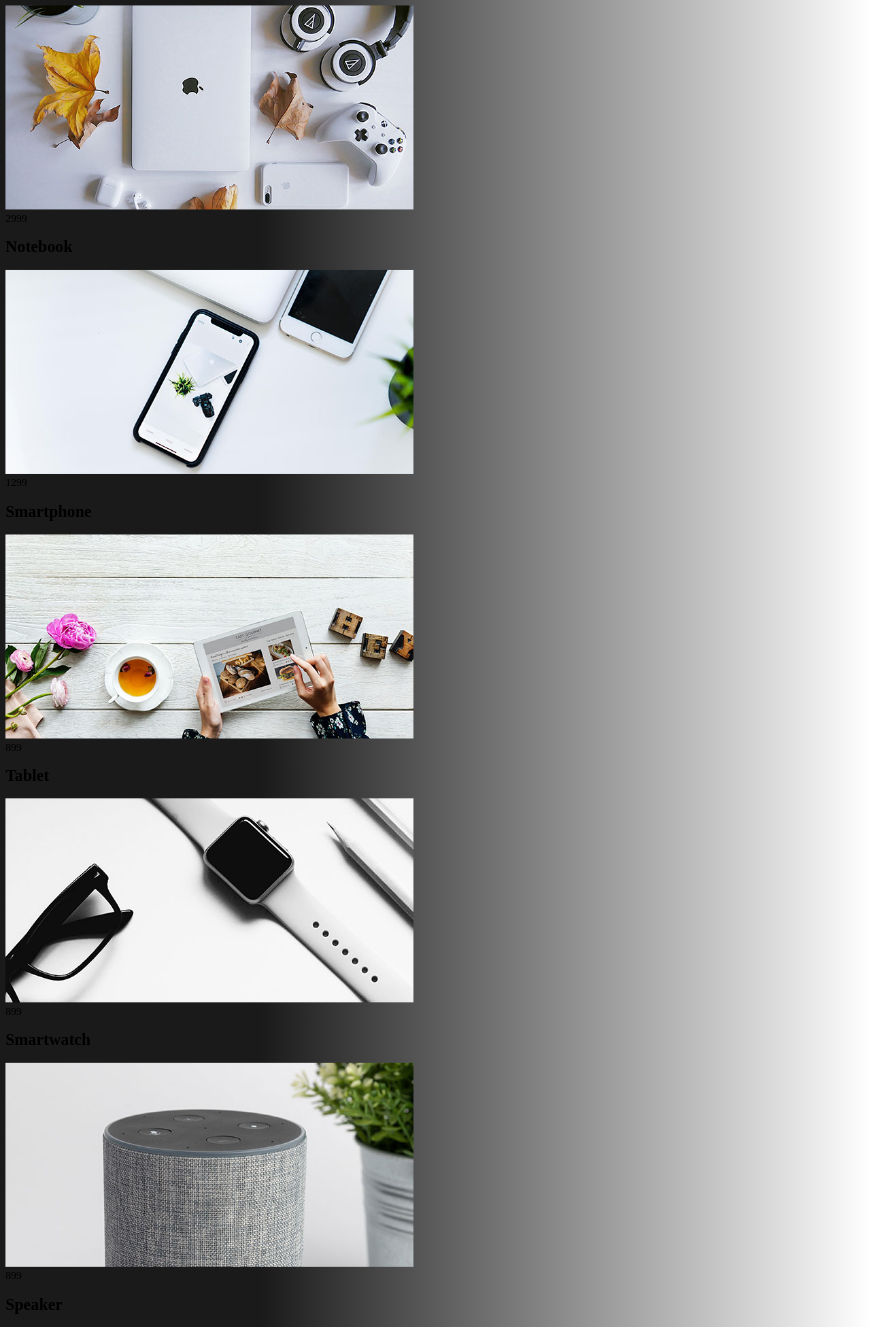
Repository: tomvieir/techno
Page: index.html
The author's editor kept a copy of each file at every save. The page is drawn from the files as they stood at one save, then again after the next save.
The browser window is 1280 px wide. The pictures show the whole page, at 68% of full size.

Above is the page before, as saved 2022-06-23 15:24:24.

### index.html
<!DOCTYPE html>
<html lang="en">
<head>
  <meta charset="UTF-8">
  <meta name="viewport" content="width=device-width, initial-scale=1.0">
  <meta http-equiv="X-UA-Compatible" content="ie=edge">
  <script src="./vue.min.js"></script>
  <link rel="stylesheet" href="./style.css">
  <title>Techno</title>
</head>
<body>
  <div id="app">

    <section class="produtos">
      <div class="produto" v-for="produto in produtos" :key="produto.id">
        <img :src="produto.img" :alt="produto.nome">
        <div>
          <span class="produto_preco">{{produto.preco}}</span>
          <h2>{{produto.nome}}</h2>

        </div>


      </div>

    </section>

  </div>

  <script src="./app.js"></script>
</body>
</html>

### style.css
body. h1, h2. ul. li {
    padding: 0px;
    margin: 0px;
}

ul {
    list-style: none;
}

* {
    box-sizing: border-box;
}

body {
    background: linear-gradient(to right, #1a1a1a 30%, #ffffff 100%);
}

### app.js
const vm = new Vue({
  el: "#app",
  data: {
    produtos: []
  },
  methods: {
    fetchProdutos() {
      fetch("./api/produtos.json")
        .then(r => r.json())
        .then(r => {
          this.produtos = r;
        })


    }
  },
  created() {
    this.fetchProdutos();
  }
})

### api/produtos.json
[
  {
    "id": "notebook",
    "nome": "Notebook",
    "preco": 2999,
    "img": "./api/produtos/notebook/notebook.jpg"
  },
  {
    "id": "smartphone",
    "nome": "Smartphone",
    "preco": 1299,
    "img": "./api/produtos/smartphone/smartphone.jpg"
  },
  {
    "id": "tablet",
    "nome": "Tablet",
    "preco": 899,
    "img": "./api/produtos/tablet/tablet.jpg"
  },
  {
    "id": "smartwatch",
    "nome": "Smartwatch",
    "preco": 899,
    "img": "./api/produtos/smartwatch/smartwatch.jpg"
  },
  {
    "id": "speaker",
    "nome": "Speaker",
    "preco": 899,
    "img": "./api/produtos/speaker/speaker.jpg"
  }
]

Loaded but not shown: vue.min.js (library)

After the next save:
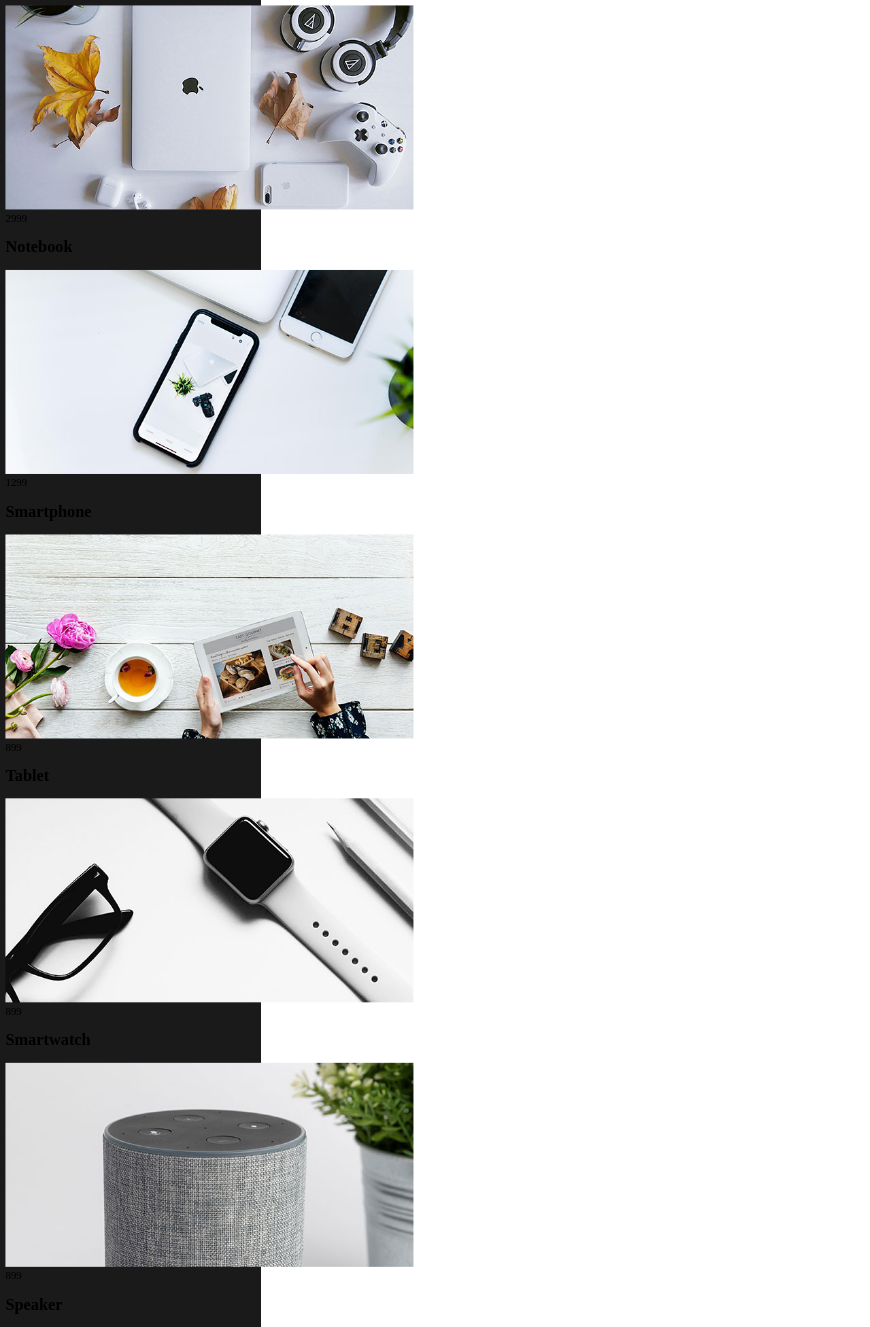
Saved 6 s later.
--- a/style.css
+++ b/style.css
@@ -12,5 +12,5 @@
 }
 
 body {
-    background: linear-gradient(to right, #1a1a1a 30%, #ffffff 100%);
+    background: linear-gradient(to right, #1a1a1a 30%, #ffffff 30%);
 }
